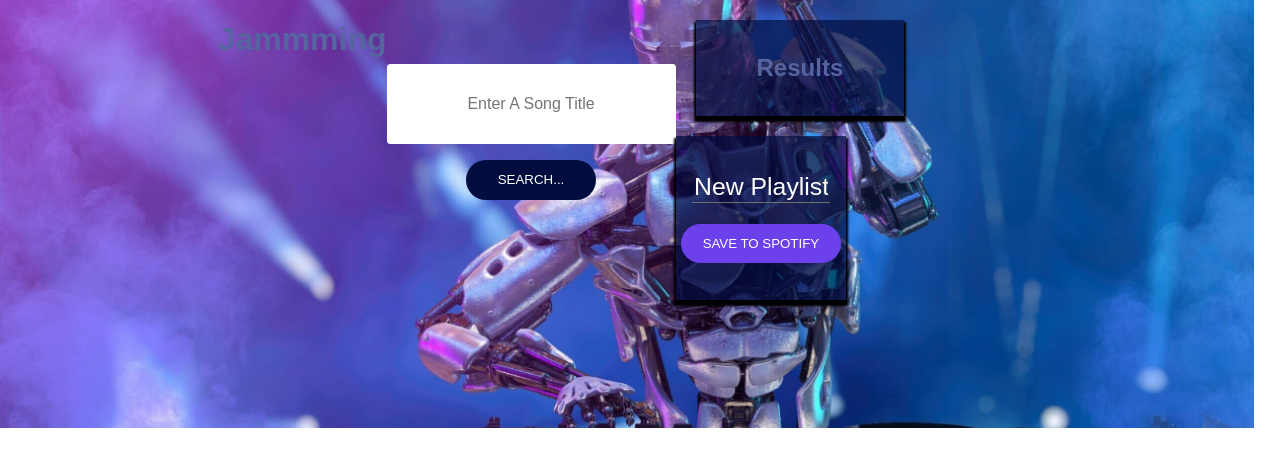
Repository: LolaSL/jamming
Page: /
The author's editor kept a copy of each file at every save. The page is drawn from the files as they stood at one save, then again after a run of saves.
The browser window is 1280 px wide. The pictures show the whole page.
The project was rebuilt for these pictures with package versions that can differ from the ones it lists, and the page was loaded fresh each time. Also part of the build but not shown: src/components/Track/Track.css, src/components/Track/Track.jsx.

Above is the page before, as saved 2023-06-22 18:32:03.

After the next 5 saves:
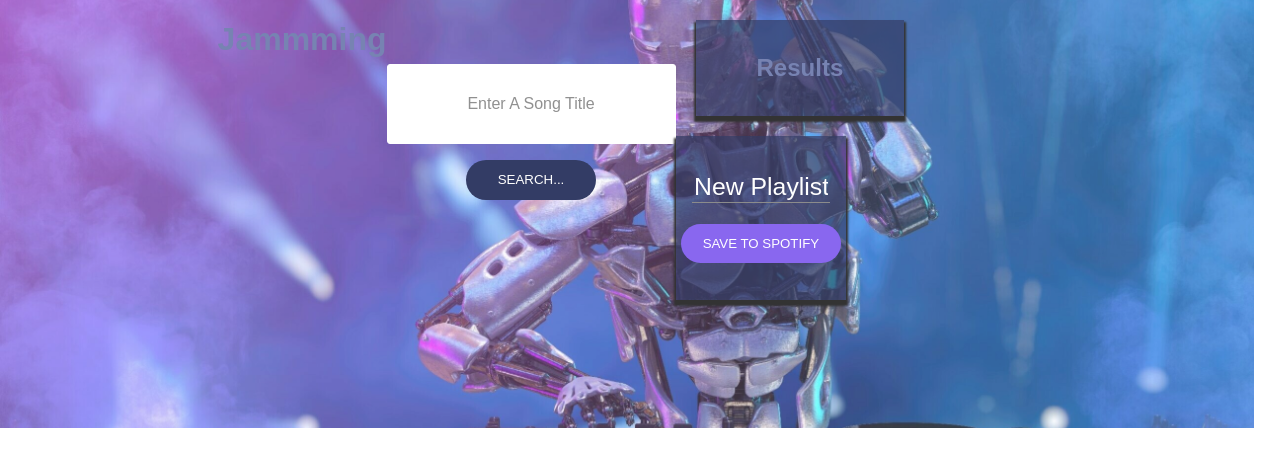
The 5 saves are shown as one change because they came seconds apart.
The last was saved 38 s later.
--- a/src/App/App.css
+++ b/src/App/App.css
@@ -11,6 +11,7 @@ html,
   height: 100%;
   padding: 0 17% 10% 17%;
   background-image: url('./background.jpg');
+  opacity: 0.8;
   background-size: cover;
   overflow: hidden;
   background-position: center;
